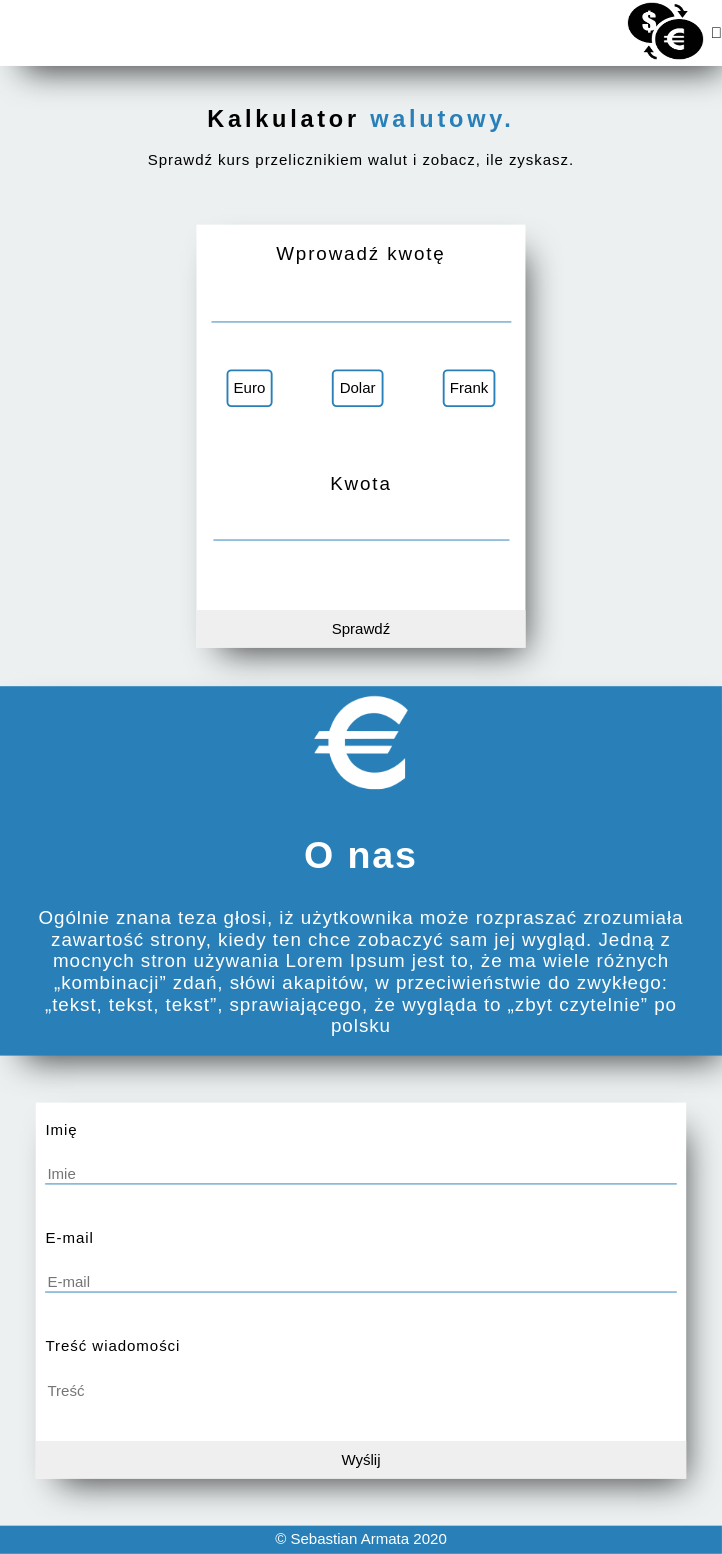
Repository: SebastianArmata22/Kalkulator-walut
Page: index.html
These files come from the project's save history. The page is drawn as it stood at one moment and after the next save; the edit follows.
The browser window is 768 px wide. The pictures show the whole page, at 94% of full size.
Some web libraries are served in a nearby version.

Above is the page before, as saved 2020-11-12 19:48:49.

After the next save:
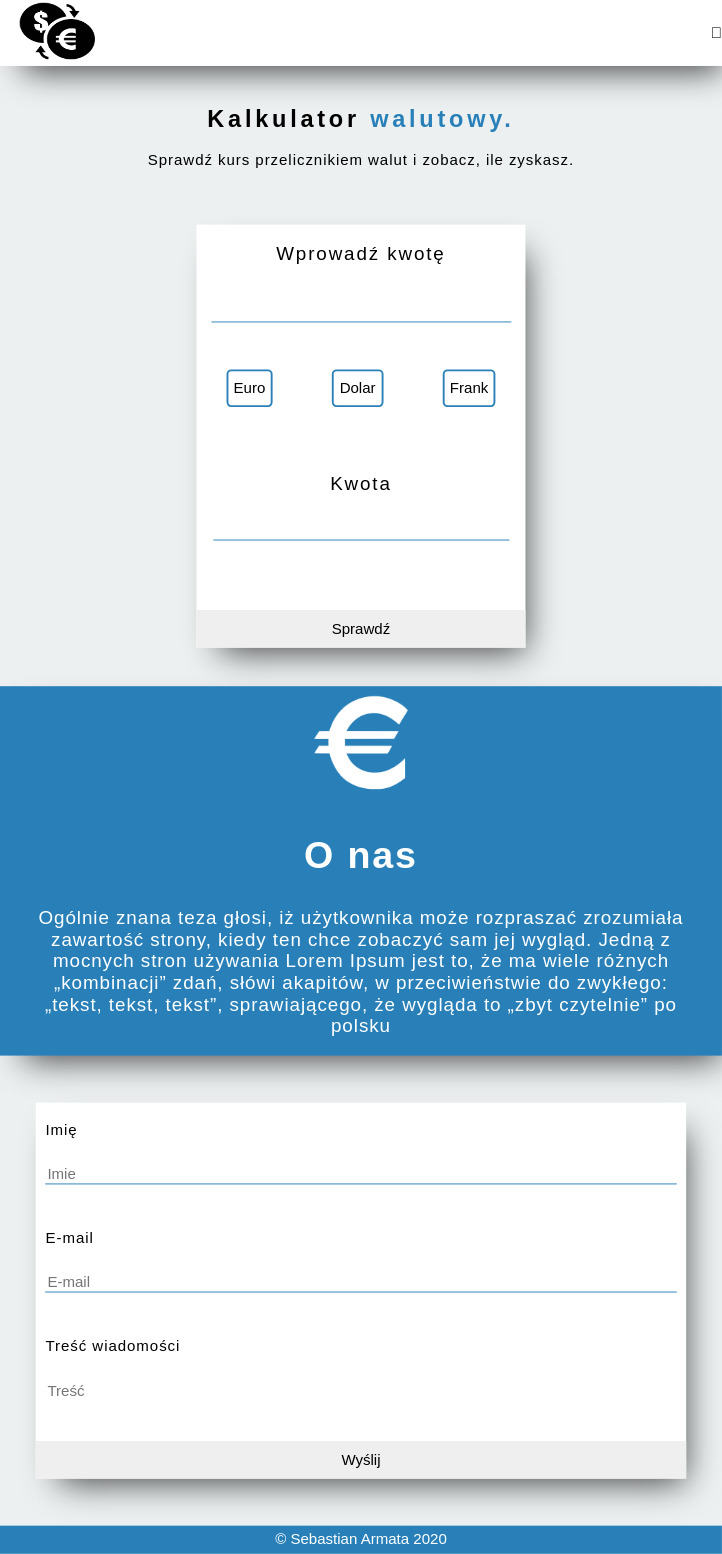
Saved 7 s later.
--- a/style.css
+++ b/style.css
@@ -263,6 +263,7 @@ max-width: 300px;
     }
     .logo{
         position: absolute;
+        left: 1px;
     }
 .calculator-content{
     width: 100%;
